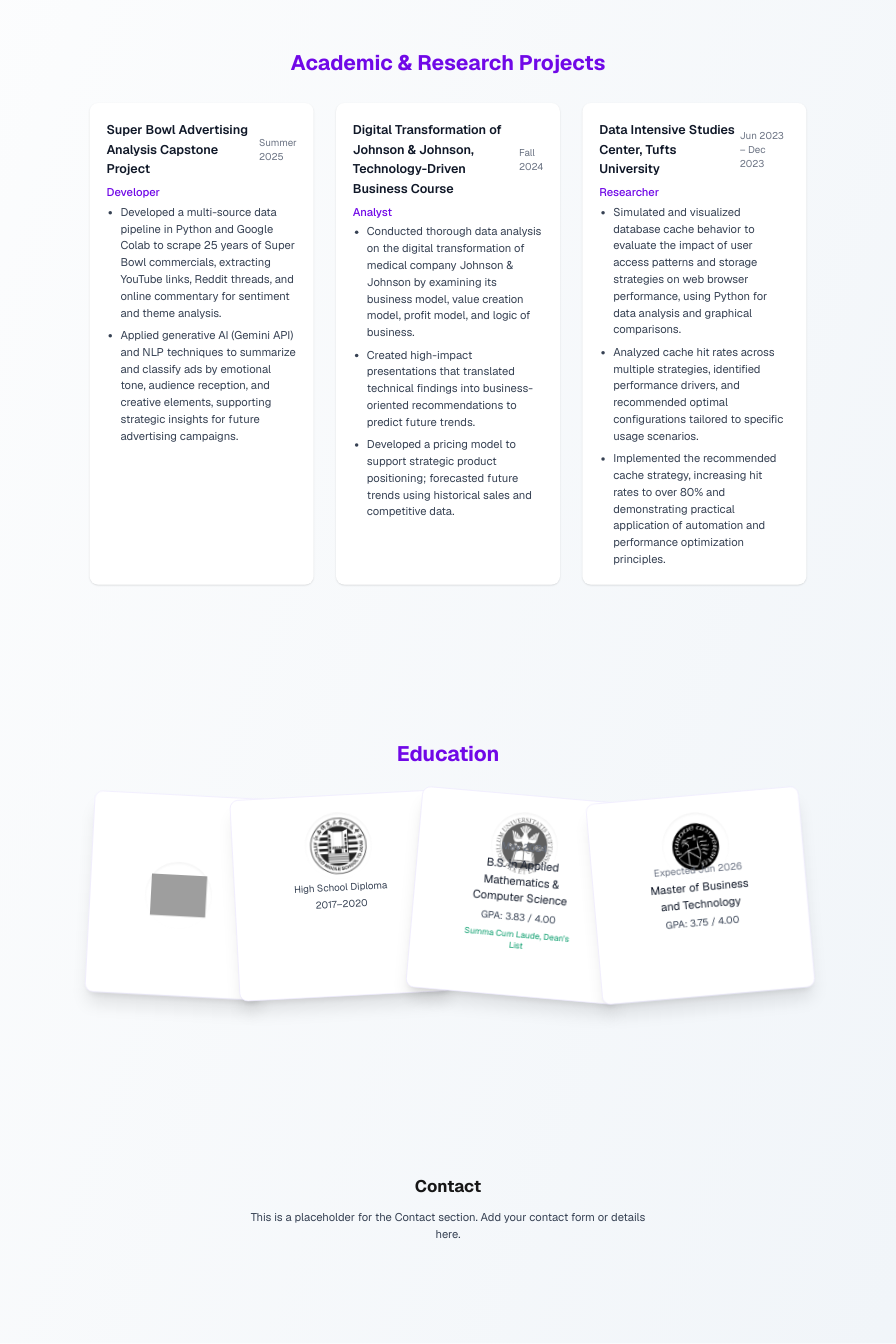
Repository: winniewyl/personal-portfolio
Page: /
The author's editor kept a copy of each file at every save. The page is drawn from the files as they stood at one save, then again after the next save.
The browser window is 1280 px wide. The pictures show the part of the page from y = 1865 to 3785 px (the page is 3785 px tall), at 70% of full size.
Pictures or frames that could not be fetched are drawn as grey boxes. The project was rebuilt for these pictures with package versions that can differ from the ones it lists, and the page was loaded fresh each time. The framework's server and built-in components were replaced by stand-ins that run in the browser. Also part of the build but not shown: next.config.ts.

Above is the page before, as saved 2025-07-29 13:32:02.

### src/app/page.tsx
import Hero from '../components/Hero';
import About from '../components/About';
import Projects from '../components/Projects';
import Contact from '../components/Contact';

const experienceData = [
  {
    org: 'Data Intensive Studies Center, Tufts University',
    title: 'Data Analyst Intern & Co-Author',
    date: 'Jun 2023 – Dec 2023',
    highlights: [
      'Developed a custom Drupal-based content management site to present visualizations and insights from research on AI/ML ethics, integrating cross-functional feedback and automation techniques to enhance visibility.',
      'Co-led the development of an open-source AI Ethics tool using GitBook, contributing to interface design, stakeholder engagement, and survey analysis in the context of autonomous vehicle applications.',
      'Co-authored The Third Moment of AI Ethics, published on arXiv: https://arxiv.org/abs/2501.16954.',
    ],
  },
];

const projectData = [
  {
    title: 'Super Bowl Advertising Analysis Capstone Project',
    role: 'Developer',
    date: 'Summer 2025',
    highlights: [
      'Developed a multi-source data pipeline in Python and Google Colab to scrape 25 years of Super Bowl commercials, extracting YouTube links, Reddit threads, and online commentary for sentiment and theme analysis.',
      'Applied generative AI (Gemini API) and NLP techniques to summarize and classify ads by emotional tone, audience reception, and creative elements, supporting strategic insights for future advertising campaigns.',
    ],
  },
  {
    title:
      'Digital Transformation of Johnson & Johnson, Technology-Driven Business Course',
    role: 'Analyst',
    date: 'Fall 2024',
    highlights: [
      'Conducted thorough data analysis on the digital transformation of medical company Johnson & Johnson by examining its business model, value creation model, profit model, and logic of business.',
      'Created high-impact presentations that translated technical findings into business-oriented recommendations to predict future trends.',
      'Developed a pricing model to support strategic product positioning; forecasted future trends using historical sales and competitive data.',
    ],
  },
  {
    title: 'Data Intensive Studies Center, Tufts University',
    role: 'Researcher',
    date: 'Jun 2023 – Dec 2023',
    highlights: [
      'Simulated and visualized database cache behavior to evaluate the impact of user access patterns and storage strategies on web browser performance, using Python for data analysis and graphical comparisons.',
      'Analyzed cache hit rates across multiple strategies, identified performance drivers, and recommended optimal configurations tailored to specific usage scenarios.',
      'Implemented the recommended cache strategy, increasing hit rates to over 80% and demonstrating practical application of automation and performance optimization principles.',
    ],
  },
];

export default function Home() {
  return (
    <div className="font-sans min-h-screen flex flex-col bg-gradient-to-br from-white via-slate-50 to-slate-100 dark:from-[#18181c] dark:via-[#1a1a22] dark:to-[#101014]">
      {/* Navbar */}
      <nav className="w-full flex items-center justify-between py-6 px-8 border-b border-gray-100 dark:border-gray-800 bg-white/80 dark:bg-[#101010]/80 backdrop-blur z-10 sticky top-0">
        <div className="text-2xl font-extrabold text-violet-600 tracking-tight">
          WW
        </div>
        <ul className="flex gap-8 text-base font-medium text-gray-900 dark:text-white">
          <li>
            <a
              href="#about"
              className="hover:text-violet-600 transition-colors"
            >
              About
            </a>
          </li>
          <li>
            <a
              href="#experience"
              className="hover:text-violet-600 transition-colors"
            >
              Experience
            </a>
          </li>
          <li>
            <a
              href="#projects"
              className="hover:text-violet-600 transition-colors"
            >
              Projects
            </a>
          </li>
          <li>
            <a
              href="#education"
              className="hover:text-violet-600 transition-colors"
            >
              Education
            </a>
          </li>
          <li>
            <a
              href="#contact"
              className="hover:text-violet-600 transition-colors"
            >
              Contact
            </a>
          </li>
        </ul>
      </nav>
      {/* Main Content */}
      <main className="flex-1 w-full flex flex-col items-center px-4 sm:px-0">
        <section className="w-full flex flex-col items-center justify-center py-20 sm:py-28 bg-transparent">
          <Hero name="Winnie Wang" role="AI Product Analyst" />
        </section>
        <section
          id="about"
          className="w-full flex flex-col items-center py-20 sm:py-28 max-w-5xl mx-auto scroll-mt-24"
        >
          <About />
        </section>
        {/* Experience Section */}
        <section
          id="experience"
          className="w-full flex flex-col items-center py-20 sm:py-28 max-w-5xl mx-auto scroll-mt-24"
        >
          <h2 className="text-3xl font-bold mb-10 text-violet-700 dark:text-violet-400">
            Internship & Professional Experience
          </h2>
          <ol className="relative border-l-2 border-violet-200 dark:border-violet-700">
            {experienceData.map((exp, idx) => (
              <li key={exp.title} className="mb-12 ml-6">
                <span className="absolute flex items-center justify-center w-8 h-8 bg-violet-100 rounded-full -left-4 ring-4 ring-white dark:ring-[#18181c]">
                  <svg
                    className="w-5 h-5 text-violet-600"
                    fill="currentColor"
                    viewBox="0 0 20 20"
                  >
                    <path d="M10 2a8 8 0 100 16 8 8 0 000-16zm1 11H9v-2h2v2zm0-4H9V7h2v2z" />
                  </svg>
                </span>
                <div className="bg-white dark:bg-[#232336] rounded-xl shadow p-6">
                  <div className="flex flex-col sm:flex-row sm:items-center sm:justify-between mb-2">
                    <span className="font-semibold text-lg text-gray-900 dark:text-white">
                      {exp.title}
                    </span>
                    <span className="text-sm text-gray-500 dark:text-gray-400">
                      {exp.date}
                    </span>
                  </div>
                  <div className="text-md font-medium text-violet-700 dark:text-violet-300 mb-1">
                    {exp.org}
                  </div>
                  <ul className="list-disc pl-5 space-y-2 text-gray-700 dark:text-gray-300">
                    {exp.highlights.map((h, i) => (
                      <li key={i}>{h}</li>
                    ))}
                  </ul>
                </div>
              </li>
            ))}
          </ol>
        </section>
        {/* Projects Section */}
        <section
          id="projects"
          className="w-full flex flex-col items-center py-20 sm:py-28 max-w-5xl mx-auto scroll-mt-24"
        >
          <h2 className="text-3xl font-bold mb-10 text-violet-700 dark:text-violet-400">
            Academic & Research Projects
          </h2>
          <div className="grid grid-cols-1 md:grid-cols-3 gap-8 w-full">
            {projectData.map((proj, idx) => (
              <div
                key={proj.title}
                className="bg-white dark:bg-[#232336] rounded-xl shadow p-6 flex flex-col"
              >
                <div className="flex flex-col sm:flex-row sm:items-center sm:justify-between mb-2">
                  <span className="font-semibold text-lg text-gray-900 dark:text-white">
                    {proj.title}
                  </span>
                  <span className="text-sm text-gray-500 dark:text-gray-400">
                    {proj.date}
                  </span>
                </div>
                <div className="text-md font-medium text-violet-700 dark:text-violet-300 mb-1">
                  {proj.role}
                </div>
                <ul className="list-disc pl-5 space-y-2 text-gray-700 dark:text-gray-300">
                  {proj.highlights.map((h, i) => (
                    <li key={i}>{h}</li>
                  ))}
                </ul>
              </div>
            ))}
          </div>
        </section>
        <section
          id="education"
          className="w-full flex flex-col items-center py-20 sm:py-28 max-w-5xl mx-auto scroll-mt-24"
        >
          <h2 className="text-3xl font-bold mb-10 text-violet-700 dark:text-violet-400">
            Education
          </h2>
          <div className="relative w-full flex flex-col md:flex-row items-center justify-center">
            {/* Timeline SVG Connector */}
            <svg
              className="hidden md:block absolute left-0 right-0 top-1/2 -translate-y-1/2 z-0"
              height="120"
              width="100%"
              viewBox="0 0 1000 120"
              fill="none"
              preserveAspectRatio="none"
            >
              <path
                d="M 80 60 Q 180 10, 280 60 T 480 60 T 680 60 T 880 60"
                stroke="#a78bfa"
                strokeWidth="4"
                fill="none"
              />
              <circle cx="80" cy="60" r="8" fill="#a78bfa" />
              <circle cx="280" cy="60" r="8" fill="#a78bfa" />
              <circle cx="480" cy="60" r="8" fill="#a78bfa" />
              <circle cx="680" cy="60" r="8" fill="#a78bfa" />
            </svg>
            {/* Education Cards */}
            <div className="flex flex-col md:flex-row items-center justify-center w-full gap-0 z-10">
              {/* Middle School */}
              <div className="group flex-1 w-72 h-72 relative -mr-12 transform rotate-3 hover:rotate-0 transition-all duration-300 perspective-1000">
                {/* Front Side - Logo */}
                <div className="absolute inset-0 bg-white dark:bg-[#232336] rounded-xl shadow-xl p-6 border border-violet-100 dark:border-violet-700 text-center flex flex-col items-center justify-center backface-hidden group-hover:rotate-y-180 transition-transform duration-500">
                  <div className="w-24 h-24 flex items-center justify-center rounded-full bg-white/30 backdrop-blur-md shadow-inner">
                    <img
                      src="/yu-hua-logo.png"
                      alt="江西育华学校 logo"
                      className="w-20 h-20 object-contain filter grayscale"
                      style={{ mixBlendMode: 'multiply' }}
                    />
                  </div>
                </div>
                {/* Back Side - Description */}
                <div className="absolute inset-0 bg-white dark:bg-[#232336] rounded-xl shadow-xl p-6 border border-violet-100 dark:border-violet-700 text-center flex flex-col items-center justify-center backface-hidden rotate-y-180 group-hover:rotate-y-0 transition-transform duration-500">
                  <div className="flex flex-col items-center space-y-2">
                    <span className="font-bold text-lg text-violet-700">
                      江西育华学校
                    </span>
                    <span className="text-sm text-gray-700 dark:text-gray-300">
                      2014–2017
                    </span>
                    <span className="text-xs text-gray-500 dark:text-gray-400">
                      Middle School
                    </span>
                  </div>
                </div>
              </div>
              {/* High School */}
              <div className="flex flex-col items-center flex-1 w-72 h-72 bg-white dark:bg-[#232336] rounded-xl shadow-xl p-6 border border-violet-100 dark:border-violet-700 text-center relative -mr-12 transform -rotate-3 hover:rotate-0 hover:scale-105 transition-all duration-300">
                <div className="w-24 h-24 flex items-center justify-center rounded-full bg-white/30 backdrop-blur-md shadow-inner">
                  <img
                    src="/JXSDFZ-logo.png"
                    alt="江西师大附中国际部 logo"
                    className="w-20 h-20 object-contain filter grayscale"
                    style={{ mixBlendMode: 'multiply' }}
                  />
                </div>
                <div className="absolute top-1/2 left-1/2 transform -translate-x-1/2 -translate-y-1/2 flex flex-col items-center space-y-1">
                  <span className="text-sm text-gray-700 dark:text-gray-300">
                    High School Diploma
                  </span>
                  <span className="text-sm text-gray-700 dark:text-gray-300">
                    2017–2020
                  </span>
                </div>
              </div>
              {/* Tufts University */}
              <div className="flex flex-col items-center flex-1 w-72 h-72 bg-white dark:bg-[#232336] rounded-xl shadow-xl p-6 border border-violet-100 dark:border-violet-700 text-center relative -mr-12 transform rotate-5 hover:rotate-0 hover:scale-105 transition-all duration-300">
                <div className="w-24 h-24 flex items-center justify-center rounded-full bg-white/30 backdrop-blur-md shadow-inner">
                  <img
                    src="/tufts-logo.png"
                    alt="Tufts University logo"
                    className="w-20 h-20 object-contain filter grayscale"
                    style={{ mixBlendMode: 'multiply' }}
                  />
                </div>
                <div className="absolute top-1/2 left-1/2 transform -translate-x-1/2 -translate-y-1/2 flex flex-col items-center space-y-1">
                  <span className="text-sm text-gray-500 dark:text-gray-400">
                    May 2024
                  </span>
                  <span className="text-gray-900 dark:text-white">
                    B.S. in Applied Mathematics & Computer Science
                  </span>
                  <span className="text-sm text-gray-700 dark:text-gray-300">
                    GPA: 3.83 / 4.00
                  </span>
                  <span className="text-xs text-emerald-600 mt-1">
                    Summa Cum Laude, Dean's List
                  </span>
                </div>
              </div>
              {/* Purdue University */}
              <div className="flex flex-col items-center flex-1 w-72 h-72 bg-white dark:bg-[#232336] rounded-xl shadow-xl p-6 border border-violet-100 dark:border-violet-700 text-center relative transform -rotate-5 hover:rotate-0 hover:scale-105 transition-all duration-300">
                <div className="w-24 h-24 flex items-center justify-center rounded-full bg-white/30 backdrop-blur-md shadow-inner">
                  <img
                    src="/purdue-logo.png"
                    alt="Purdue University logo"
                    className="w-20 h-20 object-contain filter grayscale"
                    style={{ mixBlendMode: 'multiply' }}
                  />
                </div>
                <div className="absolute top-1/2 left-1/2 transform -translate-x-1/2 -translate-y-1/2 flex flex-col items-center space-y-1">
                  <span className="text-sm text-gray-500 dark:text-gray-400">
                    Expected Jun 2026
                  </span>
                  <span className="text-gray-900 dark:text-white">
                    Master of Business and Technology
                  </span>
                  <span className="text-sm text-gray-700 dark:text-gray-300">
                    GPA: 3.75 / 4.00
                  </span>
                </div>
              </div>
            </div>
          </div>
        </section>
        <section
          id="contact"
          className="w-full flex flex-col items-center py-20 sm:py-28 max-w-5xl mx-auto scroll-mt-24"
        >
          <Contact />
        </section>
      </main>
    </div>
  );
}

### src/components/Hero.tsx
import React from 'react';

interface HeroProps {
  name: string;
  role: string;
}

const Hero: React.FC<HeroProps> = ({ name, role }) => (
  <section className="flex flex-col items-center justify-center gap-4 py-8 w-full">
    <h1 className="text-4xl sm:text-5xl font-bold text-center">{name}</h1>
    <h2 className="text-xl sm:text-2xl font-medium text-center text-gray-600 dark:text-gray-300">
      {role}
    </h2>
  </section>
);

export default Hero;

### src/components/Contact.tsx
import React from 'react';

const Contact: React.FC = () => (
  <section className="py-8 w-full flex flex-col items-center">
    <h2 className="text-2xl font-bold mb-4">Contact</h2>
    <p className="max-w-xl text-center text-gray-700 dark:text-gray-300">
      This is a placeholder for the Contact section. Add your contact form or
      details here.
    </p>
  </section>
);

export default Contact;

Loaded but not shown: src/app/layout.tsx (common file); src/app/globals.css (common file); src/components/About.tsx (119 lines, source omitted)

After the next save:
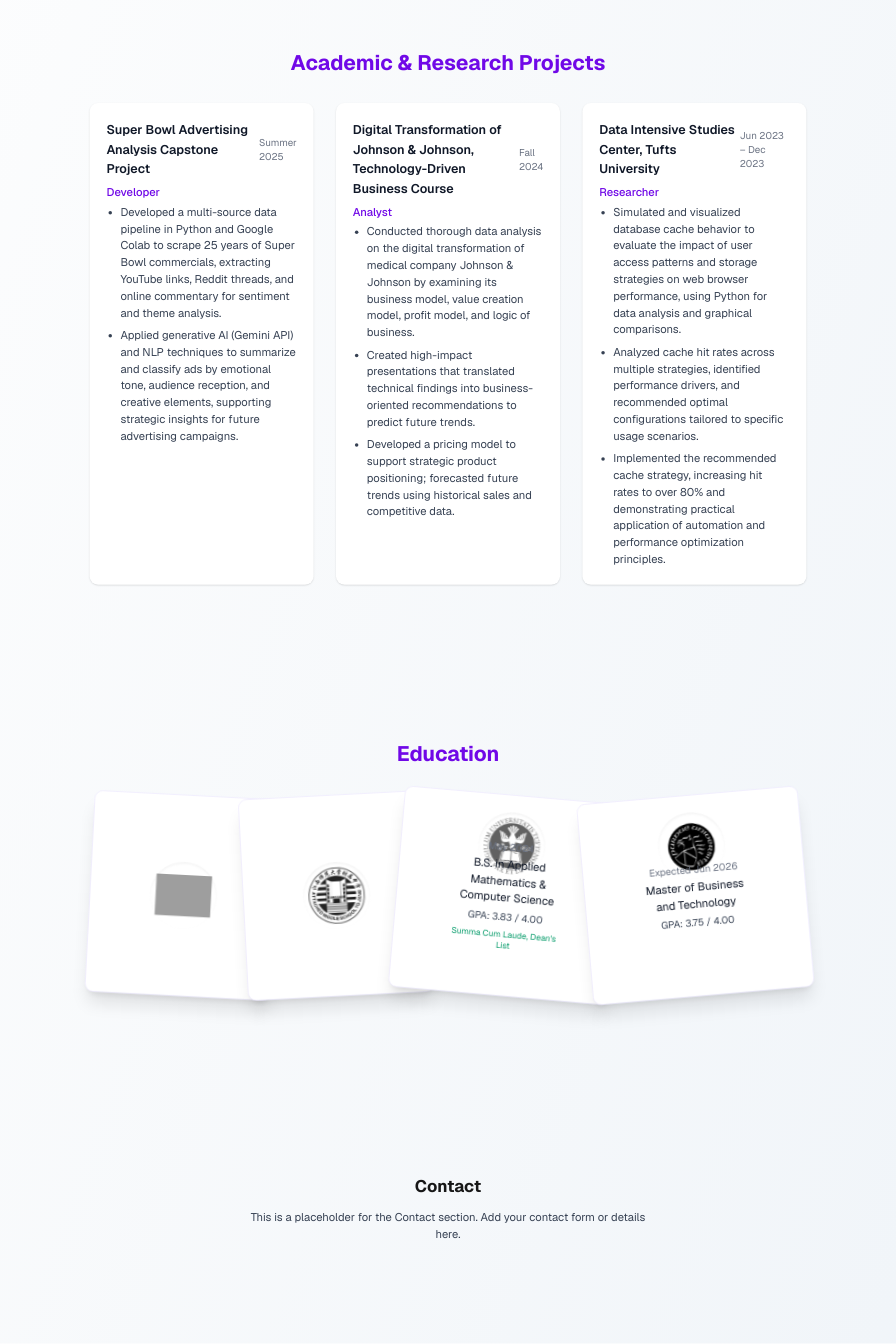
Saved 14 s later.
--- a/src/app/page.tsx
+++ b/src/app/page.tsx
@@ -246,22 +246,31 @@
                 </div>
               </div>
               {/* High School */}
-              <div className="flex flex-col items-center flex-1 w-72 h-72 bg-white dark:bg-[#232336] rounded-xl shadow-xl p-6 border border-violet-100 dark:border-violet-700 text-center relative -mr-12 transform -rotate-3 hover:rotate-0 hover:scale-105 transition-all duration-300">
-                <div className="w-24 h-24 flex items-center justify-center rounded-full bg-white/30 backdrop-blur-md shadow-inner">
-                  <img
-                    src="/JXSDFZ-logo.png"
-                    alt="江西师大附中国际部 logo"
-                    className="w-20 h-20 object-contain filter grayscale"
-                    style={{ mixBlendMode: 'multiply' }}
-                  />
-                </div>
-                <div className="absolute top-1/2 left-1/2 transform -translate-x-1/2 -translate-y-1/2 flex flex-col items-center space-y-1">
-                  <span className="text-sm text-gray-700 dark:text-gray-300">
-                    High School Diploma
-                  </span>
-                  <span className="text-sm text-gray-700 dark:text-gray-300">
-                    2017–2020
-                  </span>
+              <div className="group flex-1 w-72 h-72 relative -mr-12 transform -rotate-3 hover:rotate-0 transition-all duration-300 perspective-1000">
+                {/* Front Side - Logo */}
+                <div className="absolute inset-0 bg-white dark:bg-[#232336] rounded-xl shadow-xl p-6 border border-violet-100 dark:border-violet-700 text-center flex flex-col items-center justify-center backface-hidden group-hover:rotate-y-180 transition-transform duration-500">
+                  <div className="w-24 h-24 flex items-center justify-center rounded-full bg-white/30 backdrop-blur-md shadow-inner">
+                    <img
+                      src="/JXSDFZ-logo.png"
+                      alt="江西师大附中国际部 logo"
+                      className="w-20 h-20 object-contain filter grayscale"
+                      style={{ mixBlendMode: 'multiply' }}
+                    />
+                  </div>
+                </div>
+                {/* Back Side - Description */}
+                <div className="absolute inset-0 bg-white dark:bg-[#232336] rounded-xl shadow-xl p-6 border border-violet-100 dark:border-violet-700 text-center flex flex-col items-center justify-center backface-hidden rotate-y-180 group-hover:rotate-y-0 transition-transform duration-500">
+                  <div className="flex flex-col items-center space-y-2">
+                    <span className="font-bold text-lg text-violet-700">
+                      江西师大附中国际部
+                    </span>
+                    <span className="text-sm text-gray-700 dark:text-gray-300">
+                      High School Diploma
+                    </span>
+                    <span className="text-sm text-gray-700 dark:text-gray-300">
+                      2017–2020
+                    </span>
+                  </div>
                 </div>
               </div>
               {/* Tufts University */}
